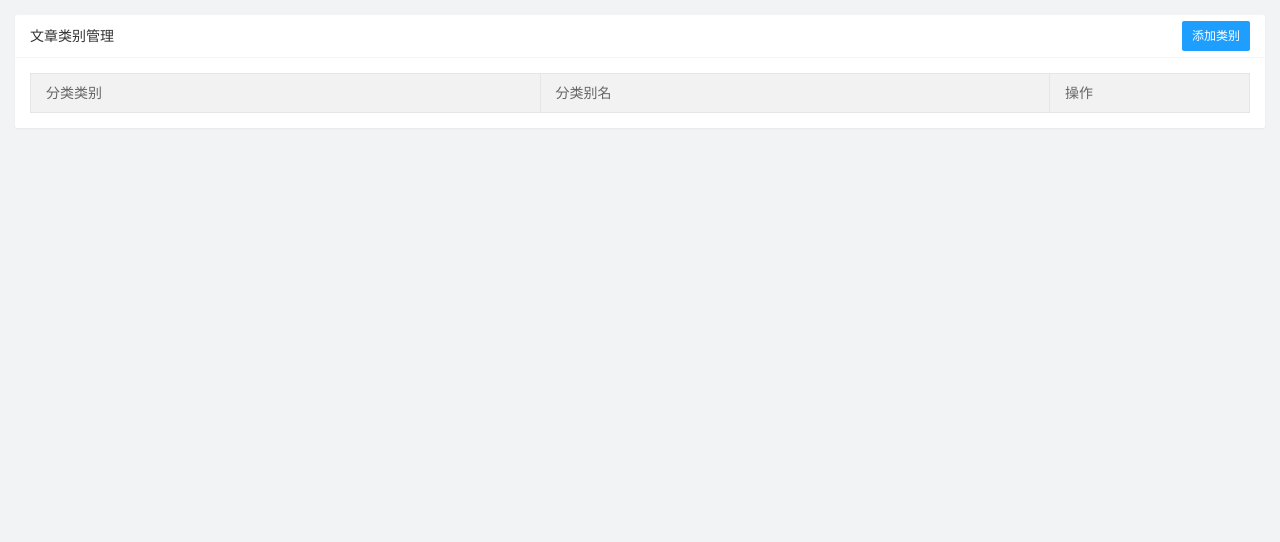
Repository: keyboying1/web_bigevent
Page: article/art_cate.html
The author's editor kept a copy of each file at every save. The page is drawn from the files as they stood at one save, then again after the next save.
The browser window is 1280 px wide. The pictures show the whole page.
After loading, the first visible `#addBtnCate` was clicked once.
The page's requests for data from a server got no answer.

Above is the page before, as saved 2022-11-21 15:08:18.
Console error: TypeError: Cannot read properties of undefined (reading 'status')

After the next save:
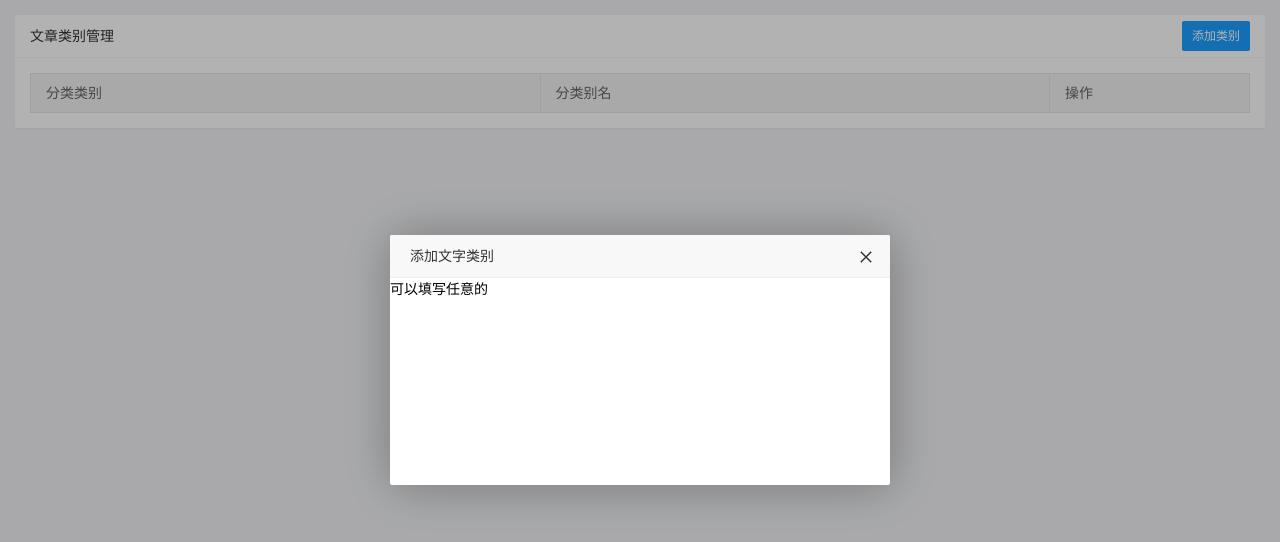
Saved 53 s later.
--- a/assets/js/article/art_cate.js
+++ b/assets/js/article/art_cate.js
@@ -15,7 +15,7 @@ $(function(){
 
 
   $('#addBtnCate').on('click',function(){
-    ayer.open({
+    layer.open({
         type:1,
         area:['500px','250px'],
         title:'添加文字类别',
